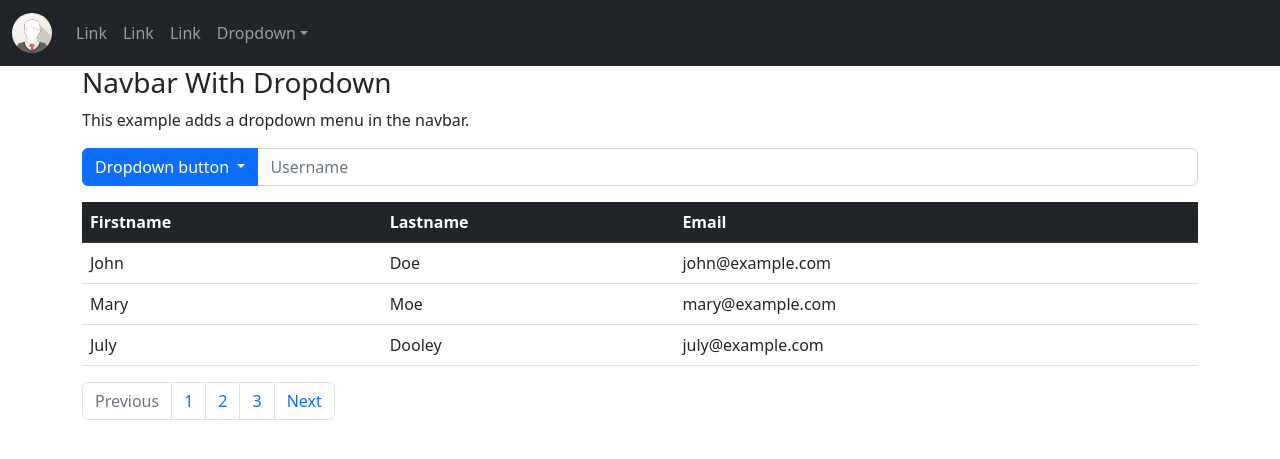
Repository: seoyeon0619/WebProgramming
Page: workspace1/myhome2/src/main/webapp/디자인/board.html
The author's editor kept a copy of each file at every save. The page is drawn from the files as they stood at one save, then again after the next save.
The browser window is 1280 px wide. The pictures show the whole page.

Above is the page before, as saved 2022-12-30 01:20:09.

### workspace1/myhome2/src/main/webapp/디자인/board.html
<!DOCTYPE html>
<html lang="en">
<head>
  <title>Bootstrap Example</title>
  <meta charset="utf-8">
  <meta name="viewport" content="width=device-width, initial-scale=1">
  <link href="https://cdn.jsdelivr.net/npm/bootstrap@5.2.3/dist/css/bootstrap.min.css" rel="stylesheet">
  <script src="https://cdn.jsdelivr.net/npm/bootstrap@5.2.3/dist/js/bootstrap.bundle.min.js"></script>
</head>
<body>

<nav class="navbar navbar-expand-sm bg-dark navbar-dark">
  <div class="container-fluid">
   	<a class="navbar-brand" href="#">
      <img src="/myhome2/images/p.png" alt="Logo" style="width:40px;" class="rounded-pill">
    </a>

    <button class="navbar-toggler" type="button" data-bs-toggle="collapse" data-bs-target="#collapsibleNavbar">
      <span class="navbar-toggler-icon"></span>
    </button>

    <div class="collapse navbar-collapse" id="collapsibleNavbar">
      <ul class="navbar-nav">
        <li class="nav-item">
          <a class="nav-link" href="#">Link</a>
        </li>
        <li class="nav-item">
          <a class="nav-link" href="#">Link</a>
        </li>
        <li class="nav-item">
          <a class="nav-link" href="#">Link</a>
        </li>
        <li class="nav-item dropdown">
          <a class="nav-link dropdown-toggle" href="#" role="button" data-bs-toggle="dropdown">Dropdown</a>
          <ul class="dropdown-menu">
            <li><a class="dropdown-item" href="#">Link</a></li>
            <li><a class="dropdown-item" href="#">Another link</a></li>
            <li><a class="dropdown-item" href="#">A third link</a></li>
          </ul>
        </li>
      </ul>
    </div>
  </div>
</nav>

<div class="container">
  <h3>Navbar With Dropdown</h3>
  <p>This example adds a dropdown menu in the navbar.</p>

  <div class="input-group mt-3 mb-3">
    <button type="button" class="btn btn-primary dropdown-toggle" data-bs-toggle="dropdown">
      Dropdown button
    </button>
    <ul class="dropdown-menu">
      <li><a class="dropdown-item" href="#">Link 1</a></li>
      <li><a class="dropdown-item" href="#">Link 2</a></li>
      <li><a class="dropdown-item" href="#">Link 3</a></li>
    </ul>
    <input type="text" class="form-control" placeholder="Username">
  </div>

  <table class="table">
    <thead class="table-dark">
      <tr>
        <th>Firstname</th>
        <th>Lastname</th>
        <th>Email</th>
      </tr>
    </thead>
    <tbody>
      <tr>
        <td>John</td>
        <td>Doe</td>
        <td>john@example.com</td>
      </tr>
      <tr>
        <td>Mary</td>
        <td>Moe</td>
        <td>mary@example.com</td>
      </tr>
      <tr>
        <td>July</td>
        <td>Dooley</td>
        <td>july@example.com</td>
      </tr>
    </tbody>
  </table>
</div>

  <div class="container" style="text-align:center">
  <ul class="pagination">
    <li class="page-item disabled"><a class="page-link" href="#">Previous</a></li>
    <li class="page-item"><a class="page-link" href="#">1</a></li>
    <li class="page-item"><a class="page-link" href="#">2</a></li>
    <li class="page-item"><a class="page-link" href="#">3</a></li>
    <li class="page-item"><a class="page-link" href="#">Next</a></li>
  </ul>
 </div>



</body>
</html>

After the next save:
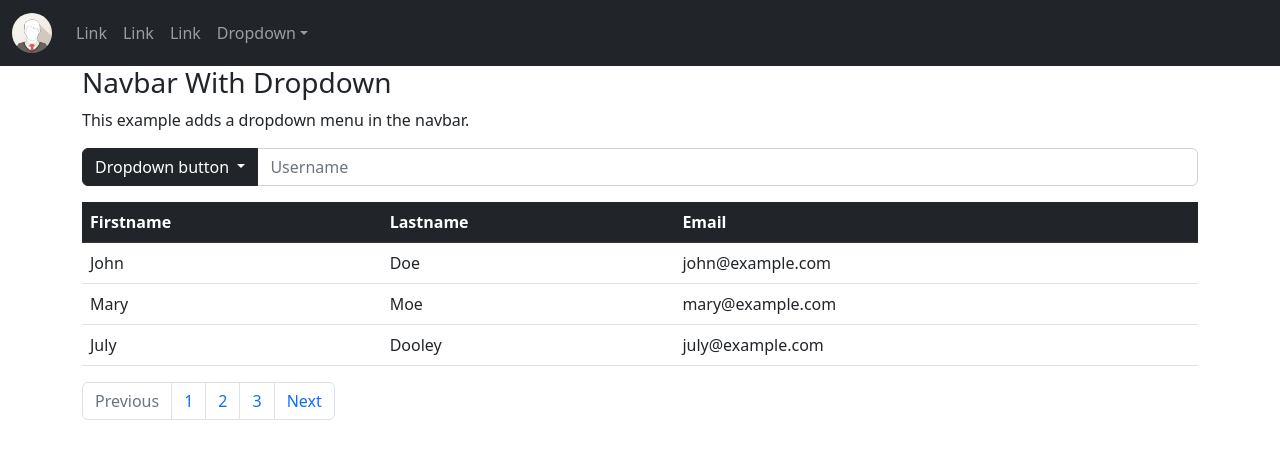
Saved 20 s later.
--- a/workspace1/myhome2/src/main/webapp/디자인/board.html
+++ b/workspace1/myhome2/src/main/webapp/디자인/board.html
@@ -48,7 +48,7 @@
   <p>This example adds a dropdown menu in the navbar.</p>
 
   <div class="input-group mt-3 mb-3">
-    <button type="button" class="btn btn-primary dropdown-toggle" data-bs-toggle="dropdown">
+    <button type="button" class="btn btn-dark dropdown-toggle" data-bs-toggle="dropdown">
       Dropdown button
     </button>
     <ul class="dropdown-menu">
